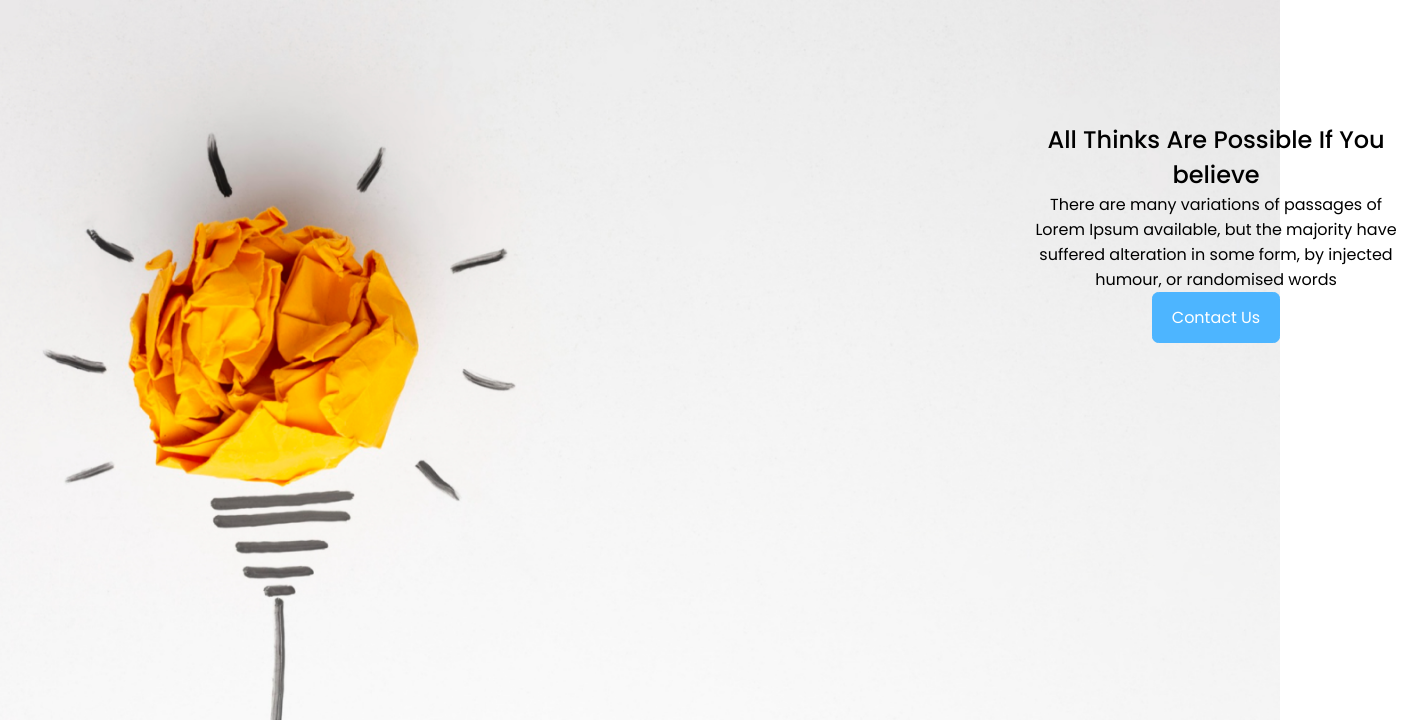
Repository: mdrubel02/new-year-new-mission
Page: index.html
The author's editor kept a copy of each file at every save. The page is drawn from the files as they stood at one save, then again after the next save.
The browser window is 1280 px wide. The page is 1408 px wide, then 1280 px, so the pictures cover 1408 px, including what lies to the right of the window. The pictures show the whole page.

Above is the page before, as saved 2023-01-06 22:21:22.

After the next save:
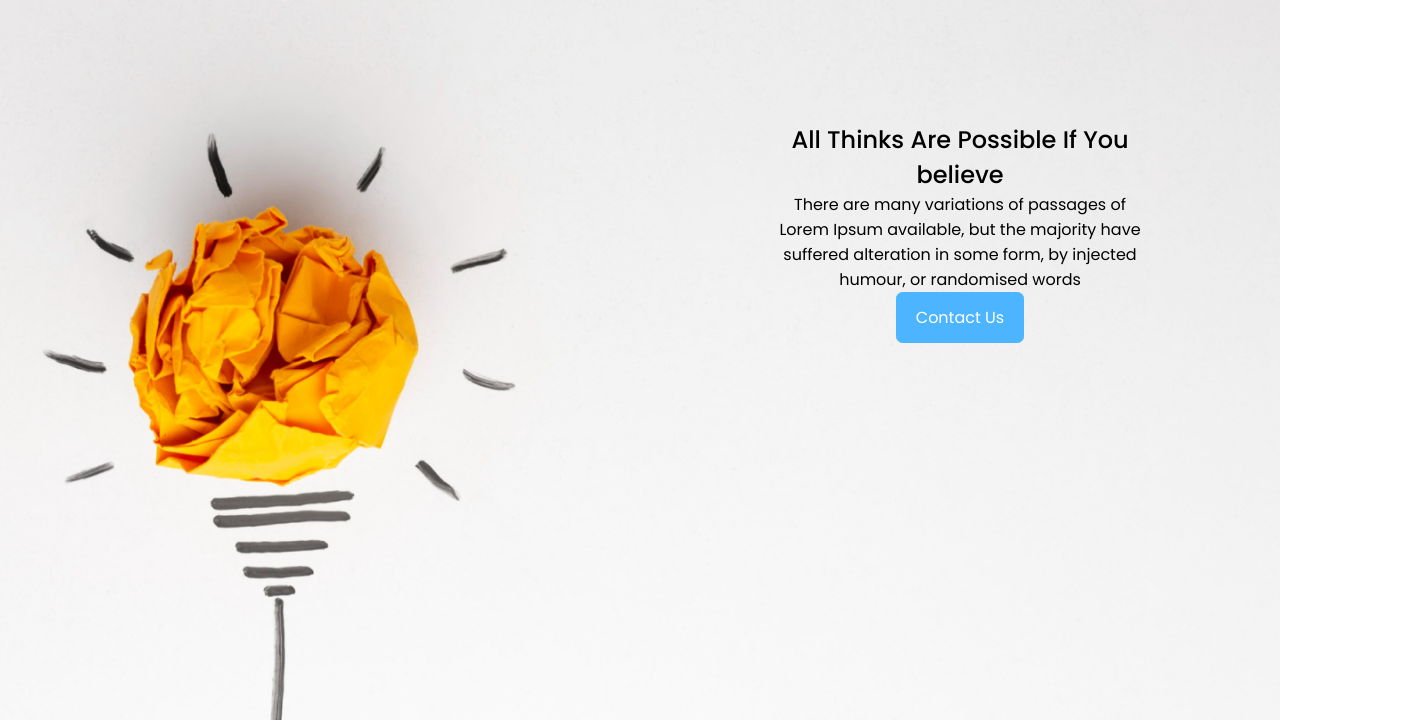
Saved 9 s later.
--- a/index.css
+++ b/index.css
@@ -82,5 +82,5 @@ a:hover {
     width: 30%;
    margin-top: -20%;
    position: absolute;
-   right: -10%;
+   right: 10%;
 }
